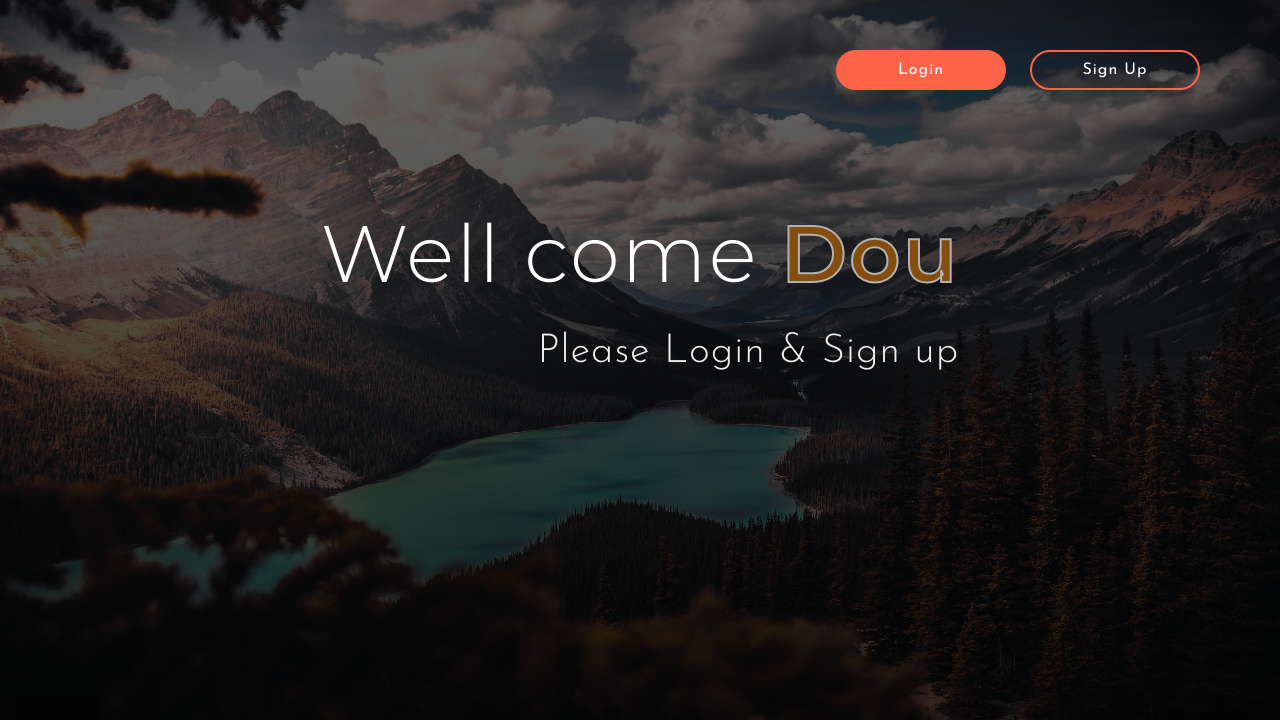
Repository: motamedipour2022/javascript_project
Page: model_form1/index.html
These files come from the project's save history. The page is drawn as it stood at one moment and after a run of saves; the edit follows.
The browser window is 1280 px wide. The pictures show the whole page.
Some web libraries are served in a nearby version.

Above is the page before, as saved 2022-12-20 12:29:16.

### model_form1/index.html
<!DOCTYPE html>
<html lang="en">
  <head>
    <meta charset="UTF-8" />
    <meta name="viewport" content="width=device-width, initial-scale=1.0" />
    <meta http-equiv="X-UA-Compatible" content="ie=edge" />
    <link
      rel="stylesheet"
      href="https://use.fontawesome.com/releases/v5.8.1/css/all.css"
      integrity="sha384-50oBUHEmvpQ+1lW4y57PTFmhCaXp0ML5d60M1M7uH2+nqUivzIebhndOJK28anvf"
      crossorigin="anonymous"
    />
    <link
      href="https://fonts.googleapis.com/css?family=Josefin+Sans:300,400,600|Montserrat:300,400,600"
      rel="stylesheet"
    />
    <link rel="stylesheet" href="style.css" />
    <title>Form</title>
  </head>
  <body>
    <div class="container">
      <div class="banner-text">
        <h1>Well come <span>Dou</span></h1>
        <p>Please Login & Sign up</p>
      </div>
      <div class="btns">
        <button class="btn login-btn">Login</button>
        <button class="btn signup-btn">Sign Up</button>
      </div>
      <div class="form-container">
        <div class="signup-form-wrapper modal">
          <div class="x-btn signup-x">
            &times;
          </div>
          <div class="form-header">
            <h1>CodeAndCreate</h1>
            <h3>Join Us</h3>
          </div>
          <form class="form">
            <div class="input-group">
              <i class="fas fa-user"></i>
              <input type="text" placeholder="Username" />
            </div>
            <div class="input-group">
              <i class="far fa-envelope"></i>
              <input type="email" placeholder="Email" />
            </div>
            <div class="input-group">
              <i class="fas fa-key"></i>
              <input type="password" placeholder="Password" />
            </div>
            <button type="button">Sign Up</button>
          </form>
        </div>
        <div class="login-form-wrapper modal">
          <div class="x-btn login-x">
            &times;
          </div>
          <div class="form-header">
            <h1>CodeAndCreate</h1>
            <h3>Login</h3>
          </div>
          <form class="form">
            <div class="input-group">
              <i class="fas fa-user"></i>
              <input type="text" placeholder="Username" />
            </div>
            <div class="input-group">
              <i class="fas fa-key"></i>
              <input type="password" placeholder="Password" />
            </div>
            <button type="button">Login</button>
          </form>
        </div>
      </div>
    </div>
    <script src="script.js"></script>
  </body>
</html>

### model_form1/style.css
* {
  margin: 0;
  padding: 0;
}

.container {
  width: 100%;
  height: 100vh;
  background: linear-gradient(rgba(0, 0, 0, 0.6), rgba(0, 0, 0, 0.8)),
    url(images/bg.jpg) center no-repeat;
  background-size: cover;
}

.banner-text {
  position: absolute;
  top: 40%;
  left: 50%;
  transform: translate(-50%, -50%);
}

.banner-text h1 {
  color: #fff;
  font-family: "Montserrat", sans-serif;
  font-size: 80px;
  font-weight: 300;
  letter-spacing: 2px;
  margin-bottom: 30px;
}
.banner-text h1 span{
  color: rgb(131, 78, 14);
  font-weight: 700;
  -webkit-text-stroke: 2px rgb(181, 177, 177);
}
.banner-text p {
  color: #eee;
  font-family: "Josefin sans", sans-serif;
  font-size: 40px;
  font-weight: 300;
  letter-spacing: 1px;
  text-align: right;
}

.btns {
  position: absolute;
  top: 50px;
  right: 60px;
}

.btn {
  width: 170px;
  padding: 10px 15px;
  margin-right: 20px;
  border-radius: 50px;
  font-family: "Josefin Sans", sans-serif;
  font-size: 16px;
  letter-spacing: 1px;
  outline: none;
  cursor: pointer;
  color: #fff;
  border: 2px solid tomato;
  transition: transform 0.3s;
}

.login-btn {
  background-color: tomato;
}

.signup-btn {
  background-color: transparent;
}

.btn:hover {
  transform: translateY(-2px);
}

.btn:active {
  transform: translateY(0);
}

.form-container {
  position: fixed;
  background-color: rgba(0, 0, 0, 0.7);
  top: 0;
  right: 0;
  bottom: 0;
  left: 0;
  opacity: 0;
  visibility: hidden;
  transition: all 0.5s;
}

.disable {
  opacity: 1;
  visibility: visible;
}

.modal {
  width: 400px;
  background: linear-gradient(rgba(148, 42, 42, 0.8), rgba(185, 129, 129, 0.6)),
    url(images/bg.jpg) center no-repeat;
  background-size: cover;
  position: absolute;
  top: 50%;
  left: 50%;
  transform: translate(-50%, -50%);
  border-radius: 20px;
  opacity: 0;
  visibility: hidden;
  transition: all 0.5s;
}

.display {
  opacity: 1;
  visibility: visible;
}

.x-btn {
  position: absolute;
  right: 20px;
  font-size: 50px;
  color: #222;
  cursor: pointer;
}

.form-header {
  text-align: center;
  margin: 80px 0 150px 0;
  color: #fff;
}

.form-header h1 {
  font-family: "Josefin Sans", sans-serif;
  font-size: 40px;
  font-weight: 300;
  margin-bottom: 30px;
}

.form-header h3 {
  font-family: "Montserrat", sans-serif;
  font-size: 25px;
  font-weight: 300;
  text-transform: uppercase;
}

.form {
  display: flex;
  flex-direction: column;
  align-items: center;
}

.input-group {
  margin-bottom: 10px;
  position: relative;
}

.input-group input {
  width: 250px;
  padding: 15px 15px 15px 50px;
  border: none;
  outline: none;
  border-radius: 30px;
  background: rgba(0, 0, 0, 0.6);
  font-family: "Josefin Sans", sans-serif;
  font-size: 16px;
  color: #ddd;
}

.input-group i {
  position: absolute;
  top: 13px;
  left: 17px;
  font-size: 18px;
  color: #aaa;
}

.form button {
  width: 310px;
  padding: 12px;
  border: none;
  outline: none;
  border-radius: 30px;
  background-color: #d867d8;
  color: #fff;
  font-family: "Josefin Sans", sans-serif;
  font-size: 16px;
  text-transform: uppercase;
  margin: 10px 0 50px 0;
  box-shadow: 0 5px 20px rgba(0, 0, 0, 0.4);
  cursor: pointer;
  transition: all 0.3s;
}

.form button:hover {
  transform: translateY(-2px);
  box-shadow: 0 8px 25px rgba(0, 0, 0, 0.3);
}
.form button:active {
  transform: translateY(0);
}

### model_form1/script.js
const signupModal = document.querySelector(".signup-form-wrapper");
const loginModal = document.querySelector(".login-form-wrapper");
const signupBtn = document.querySelector(".signup-btn");
const loginBtn = document.querySelector(".login-btn");
const signupX = document.querySelector(".signup-x");
const loginX = document.querySelector(".login-x");
const formContainer = document.querySelector(".form-container");

signupBtn.addEventListener("click", () => {
  signupModal.classList.add("display");
  formContainer.classList.add("disable");
});

loginBtn.addEventListener("click", () => {
  loginModal.classList.add("display");
  formContainer.classList.add("disable");
});

signupX.addEventListener("click", () => {
  signupModal.classList.remove("display");
  formContainer.classList.remove("disable");
});

loginX.addEventListener("click", () => {
  loginModal.classList.remove("display");
  formContainer.classList.remove("disable");
});

After the next 2 saves:
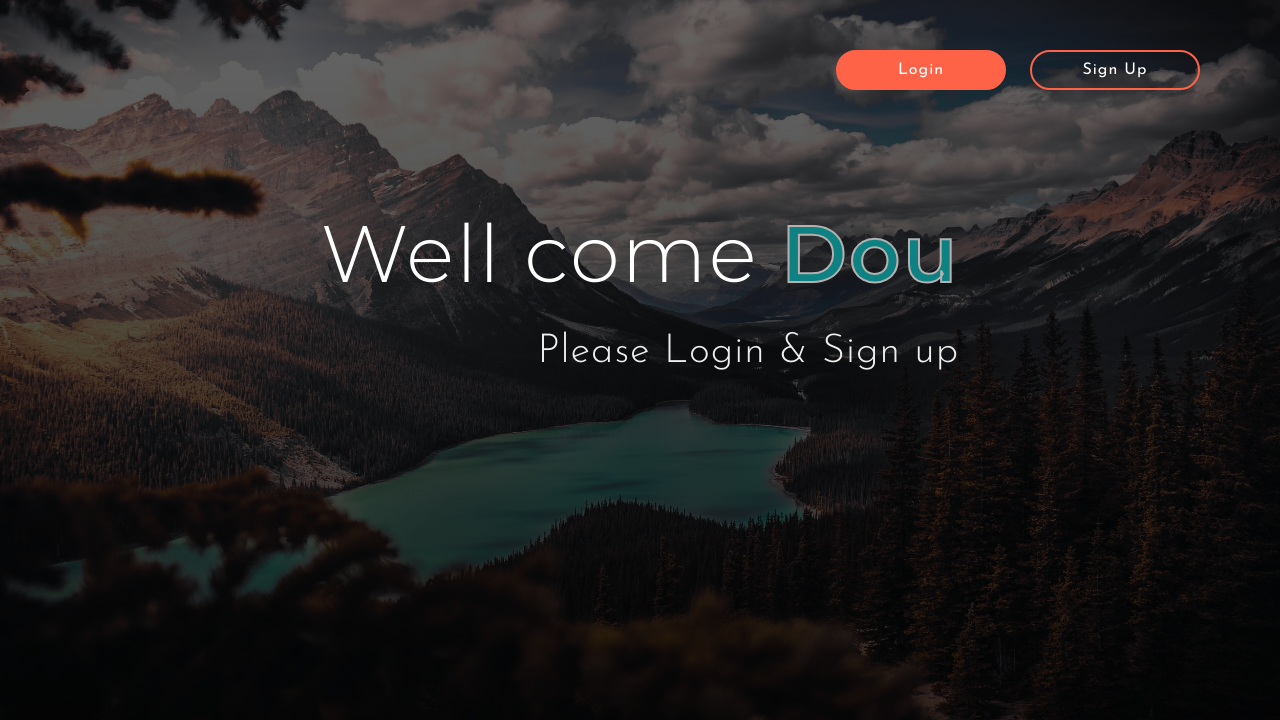
The 2 saves are shown as one change because they came seconds apart.
The last was saved 10 s later.
--- a/model_form1/style.css
+++ b/model_form1/style.css
@@ -27,7 +27,7 @@
   margin-bottom: 30px;
 }
 .banner-text h1 span{
-  color: rgb(131, 78, 14);
+  color: rgb(14, 129, 131);
   font-weight: 700;
   -webkit-text-stroke: 2px rgb(181, 177, 177);
 }
